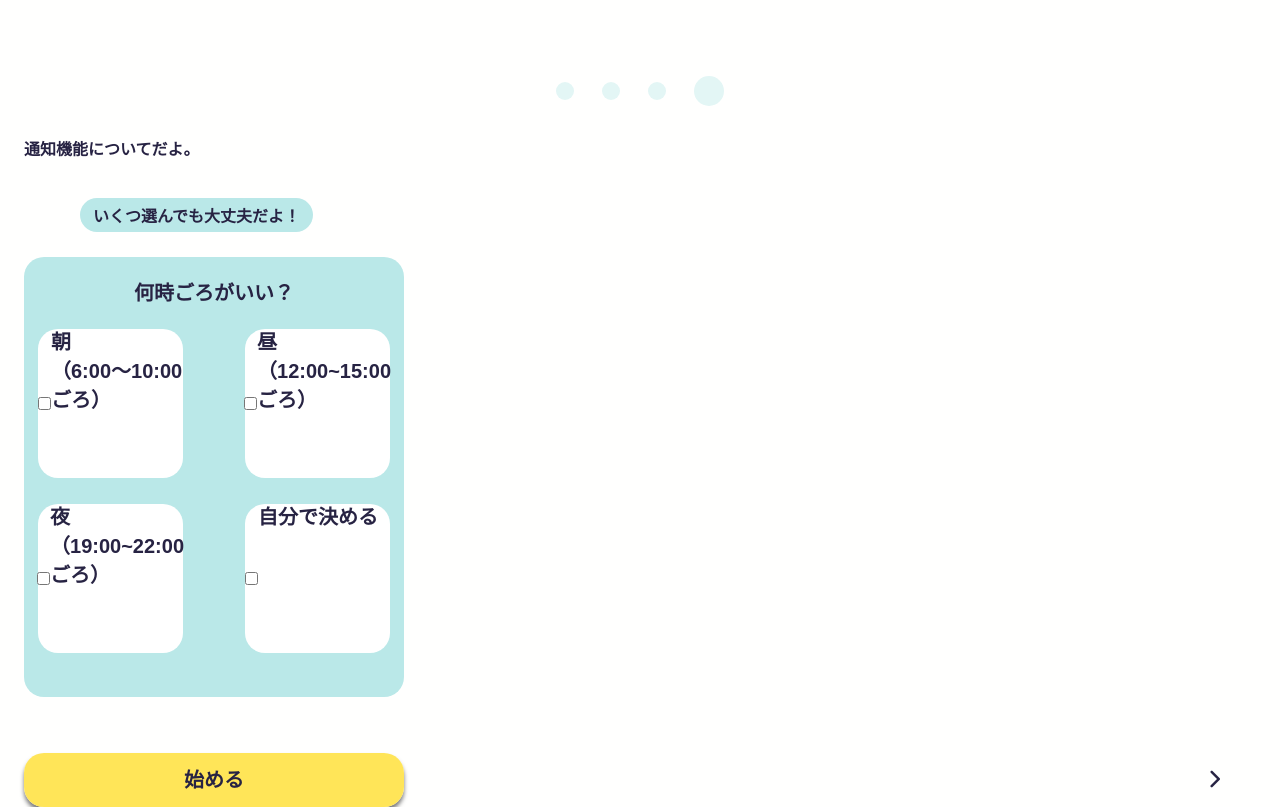
Repository: misaki0919/Self-care
Page: notice.html
An editor plug-in stored every save of this project. The page is shown before and after the next save, followed by the edit.
The browser window is 1280 px wide. The pictures show the whole page.
Some web fonts or font styles are not loaded; a fallback is used.

Above is the page before, as saved 2026-07-20 18:24:00.

After the next save:
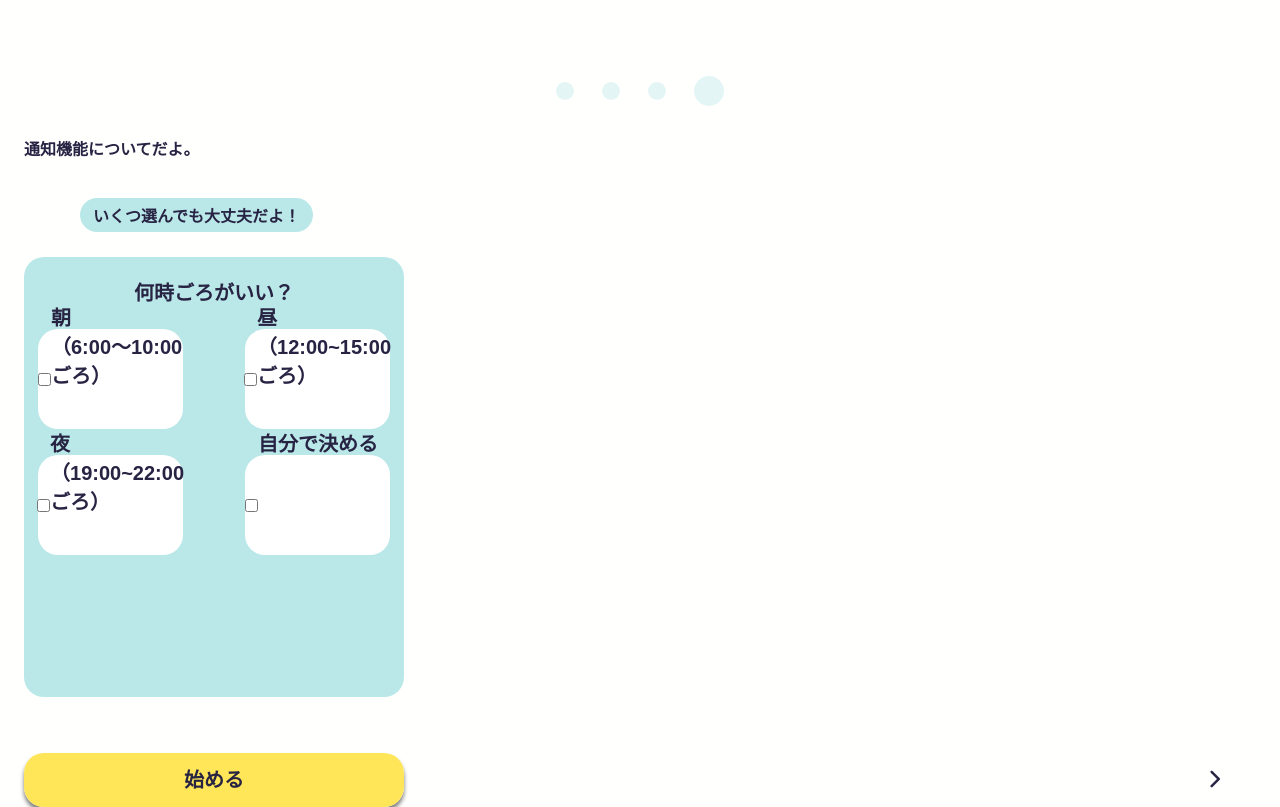
Saved 9 s later.
--- a/css/notice.css
+++ b/css/notice.css
@@ -77,7 +77,7 @@ body{
             justify-content: center;
             border-radius: 20px;
             width: 145px;
-            height: 149px;
+            height: 100px;
             font-size: 20px;
             justify-content: center;
             align-items: center;
